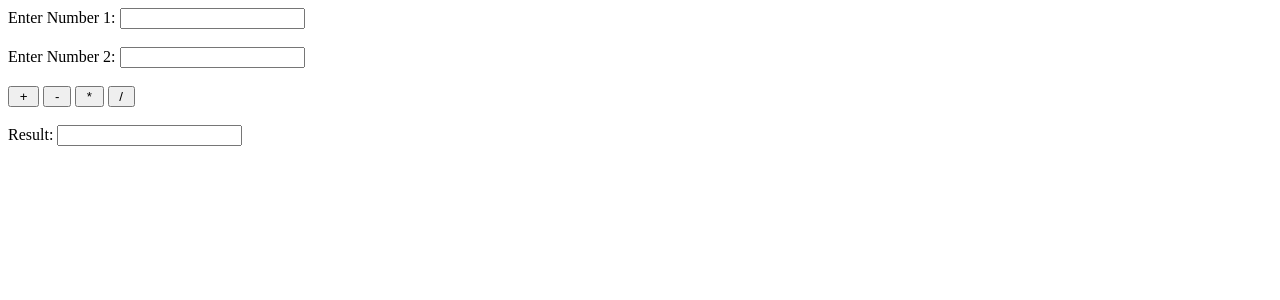
Repository: nyeinsu4520/coursera-test
Page: http://localhost/J2P_J2EE/calculator1.jsp
These files come from the project's save history. The page is drawn as it stood at one moment and after the next save; the edit follows.
The browser window is 1280 px wide. The pictures show the whole page.
The page is served by Tomcat 9.

Above is the page before, as saved 2024-05-26 12:03:50.

After the next save:
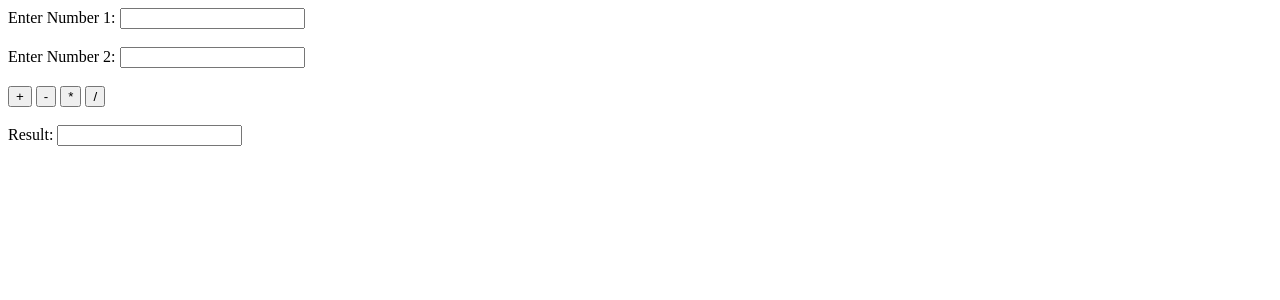
Saved 3 min 24 s later.
--- a/J2P_J2EE/src/main/webapp/calculator1.jsp
+++ b/J2P_J2EE/src/main/webapp/calculator1.jsp
@@ -60,10 +60,10 @@
         <label>Enter Number 2: </label>
         <input type="text" name="num2" value="<%= numstr2 != null ? numstr2 : "" %>">
         <br><br>
-        <input type="submit" name="operation" value=" + ">
-        <input type="submit" name="operation" value=" - ">
-        <input type="submit" name="operation" value=" * ">
-        <input type="submit" name="operation" value=" / ">
+        <input type="submit" name="operation" value="+">
+        <input type="submit" name="operation" value="-">
+        <input type="submit" name="operation" value="*">
+        <input type="submit" name="operation" value="/">
         <br><br>
         <label>Result: </label>
         <input type="text" name="result" readonly value="<%= result %>">
